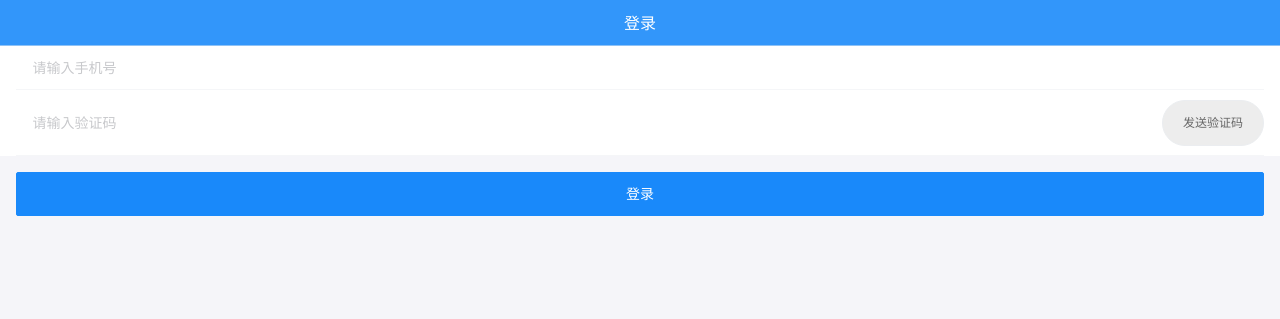
Repository: xn-lb/toutiao-mb
Page: /#/login
The author's editor kept a copy of each file at every save. The page is drawn from the files as they stood at one save, then again after the next save.
The browser window is 1280 px wide. The pictures show the whole page.
Some web fonts or font styles are not loaded; a fallback is used. The project was rebuilt for these pictures with package versions that can differ from the ones it lists, and the page was loaded fresh each time. Also part of the build but not shown: vue.config.js.

Above is the page before, as saved 2023-03-22 20:17:33.

### src/main.js
import Vue from 'vue'
import App from './App.vue'
import router from './router'
import store from './store'
// 加载全局样式
import './styles/index.less'
import Vant from 'vant' //加载Vant 组件库
import 'vant/lib/index.css'
import 'amfe-flexible' //加载动态设置  rem 基准值

Vue.use(Vant); //注册使用组件库

Vue.config.productionTip = false

new Vue({
    router,
    store,
    render: h => h(App)
}).$mount('#app')

### src/App.vue
<template>
  <div id="app">
  <!-- 路由的出口 -->
    <router-view></router-view>



  </div>
</template>
<script>
export default {
  name: 'APP'
}
</script>
<style lang="less">

</style>

### src/router/index.js
import Vue from 'vue'
import VueRouter from 'vue-router'



Vue.use(VueRouter)

// 路由表
const routes = [{
    path: '/login',
    name: 'LoginIndex',
    component: () =>
        import ('@/views/login')
}]

const router = new VueRouter({
    routes
})

export default router

### src/styles/index.less
// 全局样式文件
// 加载图标样式
@import "./icon.less";

body{
    background-color: #f5f5f9;
}
.page-nav-bar{
    background-color: #3296fa;
    .van-nav-bar__title{
        color: #fff;
    }
}

### src/views/login/index.vue
<template>
  <div class="login-container">
    <!-- 导航栏 -->
    <van-nav-bar class="page-nav-bar" title="登录" />

    <!-- 登录表单 -->
    <van-form @submit="onSubmit">
  <van-field

    name="用户名"
    placeholder="请输入手机号"
   >
      <i slot="left-icon" class="toutiao toutiao-shouji"></i>
   </van-field>
  <van-field
    type="password"
    name="密码"
    placeholder="请输入验证码"
  >
   <i slot="left-icon" class="toutiao toutiao-yanzhengma"></i>
   <template #button>
    <van-button size="small" type="default" round class="send-sms-btn">发送验证码</van-button>
  </template>
  </van-field>
  <div style="margin: 16px;">
    <van-button  block type="info" native-type="submit" class="login-btn-wrap">登录</van-button>
  </div>
</van-form>
  </div>
</template>

<script>
export default {
  name: 'LoginPage',
  components: {},
  props: {},
  data () {
    return {}
  },
  computed: {},
  watch: {},
  created () {},
  mounted () {},
  methods: {}
}
</script>

<style scoped lang="less">
.page-nav-bar{
  background-color:#3296fa;
}
.login-container{
  .toutiao{
    font-style: 37px;
  }
}
.send-sms-btn{
  background-color: #ededed;
  font-style: 22px;
  color: #666;
  width: 102px;
  height: 46px;
  line-height: 46;
}
.login-btn-wrap{

}
</style>

### src/styles/icon.less
@font-face {
    font-family: "toutiao"; /* Project id 3968849 */
    src: url('//at.alicdn.com/t/c/font_3968849_y288fdc89co.eot?t=1679462277967'); /* IE9 */
    src: url('//at.alicdn.com/t/c/font_3968849_y288fdc89co.eot?t=1679462277967#iefix') format('embedded-opentype'), /* IE6-IE8 */
         url('//at.alicdn.com/t/c/font_3968849_y288fdc89co.woff2?t=1679462277967') format('woff2'),
         url('//at.alicdn.com/t/c/font_3968849_y288fdc89co.woff?t=1679462277967') format('woff'),
         url('//at.alicdn.com/t/c/font_3968849_y288fdc89co.ttf?t=1679462277967') format('truetype'),
         url('//at.alicdn.com/t/c/font_3968849_y288fdc89co.svg?t=1679462277967#toutiao') format('svg');
  }

  .toutiao {
    font-family: "toutiao" !important;
    font-size: 16px;
    font-style: normal;
    -webkit-font-smoothing: antialiased;
    -moz-osx-font-smoothing: grayscale;
  }

  .toutiao-guanbi:before {
    content: "\e601";
  }

  .toutiao-gengduo:before {
    content: "\e602";
  }

  .toutiao-pinglun:before {
    content: "\e603";
  }

  .toutiao-shanchu:before {
    content: "\e604";
  }

  .toutiao-dianzan:before {
    content: "\e605";
  }

  .toutiao-lishi:before {
    content: "\e606";
  }

  .toutiao-shipin:before {
    content: "\e607";
  }

  .toutiao-shoucang:before {
    content: "\e608";
  }

  .toutiao-yanzhengma:before {
    content: "\e609";
  }

  .toutiao-wenda:before {
    content: "\e60a";
  }

  .toutiao-fenxiang:before {
    content: "\e60b";
  }

  .toutiao-youjiantou:before {
    content: "\e60c";
  }

  .toutiao-wuwangluo:before {
    content: "\e60d";
  }

  .toutiao-shouji:before {
    content: "\e60e";
  }

  .toutiao-zuojiantou:before {
    content: "\e60f";
  }

  .toutiao-shouye:before {
    content: "\e610";
  }

  .toutiao-wode:before {
    content: "\e611";
  }

  .toutiao-sousuo:before {
    content: "\e612";
  }

  .toutiao-zuopin:before {
    content: "\e613";
  }

  .toutiao-yuedu:before {
    content: "\e614";
  }

Loaded but not shown: public/index.html (common file); src/store/index.js (common file)

After the next save:
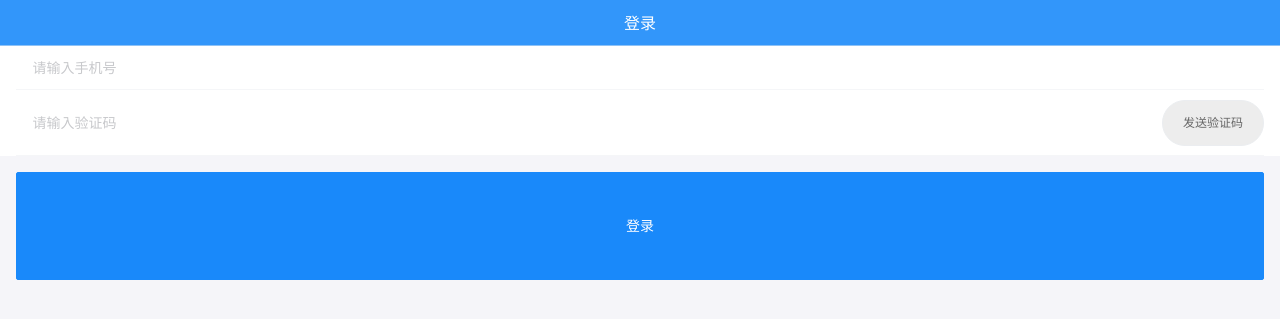
Saved 14 s later.
--- a/src/views/login/index.vue
+++ b/src/views/login/index.vue
@@ -63,6 +63,6 @@
   line-height: 46;
 }
 .login-btn-wrap{
-
+  padding: 53px 33px;
 }
 </style>

After the save that followed:
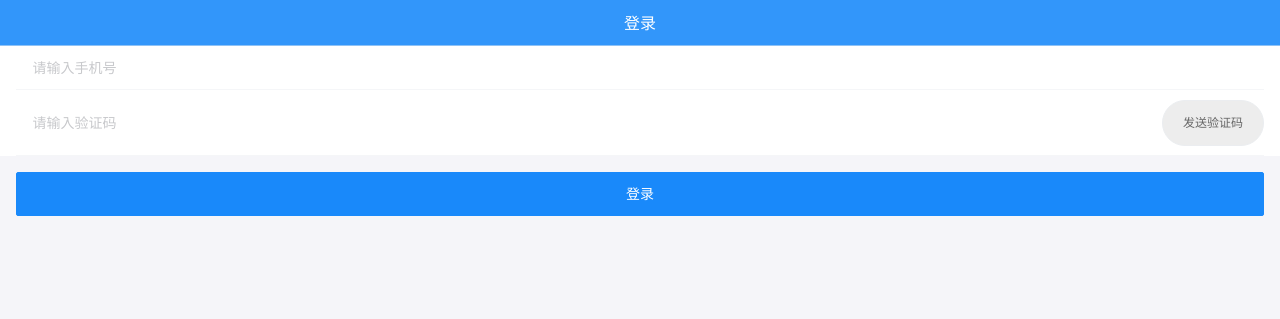
Saved 15 s later.
--- a/src/views/login/index.vue
+++ b/src/views/login/index.vue
@@ -63,6 +63,6 @@
   line-height: 46;
 }
 .login-btn-wrap{
-  padding: 53px 33px;
+
 }
 </style>
